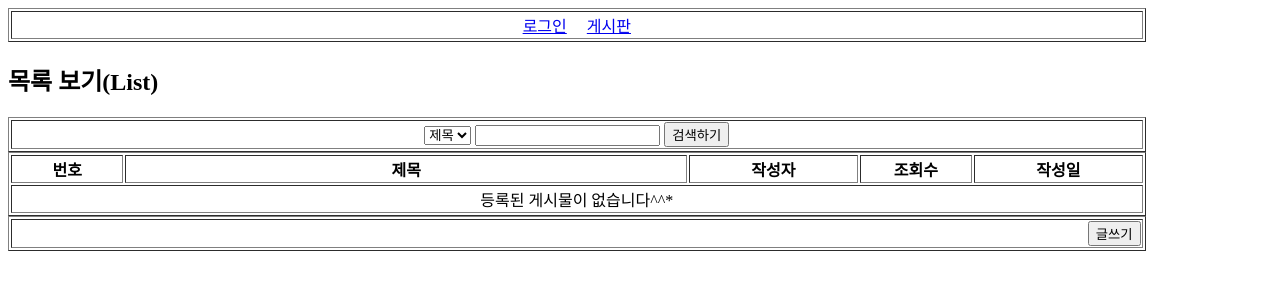
Repository: kimeuiyeob/KOPO_JSP_Study_2
Page: http://localhost/JspStudy/09Board/List.jsp
These files come from the project's save history. The page is drawn as it stood at one moment and after the next save; the edit follows.
The browser window is 1280 px wide. The pictures show the whole page.
The page is served by Tomcat 9. Other server files are loaded and not shown. Queries for data that is not in the repository find no rows.

Above is the page before, as saved 2023-06-21 07:58:59.

### JspStudy/src/main/webapp/09Board/List.jsp
<%@ page language="java" contentType="text/html; charset=UTF-8" pageEncoding="UTF-8"%>
<%@ page import="model1.*"%>
<%@ page import="java.util.*"%>
<!DOCTYPE html>
<html>
<head>
<meta charset="UTF-8">
<title>Insert title here</title>
</head>
<body>

	<%
	BoardDao boardDao = new BoardDao(application); //DB 열기
	Map<String, Object> map = new HashMap<>();

	String searchField = request.getParameter("searchField");
	String searchWord = request.getParameter("searchWord");

	if (searchWord != null) {
		map.put("searchField", searchField);
		map.put("searchWord", searchWord);
	}

	int totalCount = boardDao.selectCount(map); //해당 검색된 게시물의 총개수
	List<BoardDto> boardLists = boardDao.selectList(map); //해당 검색된 게시물 전부

	boardDao.JDBConnecterClose(); //DB 닫기
	%>

	<jsp:include page="../07Common/Link.jsp" />
	<!-- 공통 링크 -->

	<h2>목록 보기(List)</h2>
	<!-- 검색폼 -->
	<form method="get">
		<table border="1" width="90%">
			<tr>
				<td align="center"><select name="searchField">
						<option value="title">제목</option>
						<option value="content">내용</option>
				</select> <input type="text" name="searchWord" /> <input type="submit" value="검색하기" /></td>
			</tr>
		</table>
	</form>
	<!-- 게시물 목록 테이블(표) -->
	<table border="1" width="90%">
		<!-- 각 칼럼의 이름 -->
		<tr>
			<th width="10%">번호</th>
			<th width="50%">제목</th>
			<th width="15%">작성자</th>
			<th width="10%">조회수</th>
			<th width="15%">작성일</th>
		</tr>
		<!-- 목록의 내용 -->
		<%
		if (boardLists.isEmpty()) {
			// 게시물이 하나도 없을 때
		%>
		<tr>
			<td colspan="5" align="center">등록된 게시물이 없습니다^^*</td>
		</tr>
		<%
		} else {
		// 게시물이 있을 때
		int virtualNum = 0; // 화면상에서의 게시물 번호
		for (BoardDto dto : boardLists) {
			virtualNum = totalCount--; // 전체 게시물 수에서 시작해 1씩 감소
		%>
		<tr align="center">
			<td><%=virtualNum%></td>
			<!--게시물 번호-->
			<td align="left">
				<!--제목(+ 하이퍼링크)--> <a href="View.jsp?num=<%=dto.getNum()%>"><%=dto.getTitle()%></a>
			</td>
			<td align="center"><%=dto.getId()%></td>
			<!--작성자 아이디-->
			<td align="center"><%=dto.getVisitcount()%></td>
			<!--조회수-->
			<td align="center"><%=dto.getPostdate()%></td>
			<!--작성일-->
		</tr>
		<%
		}
		}
		%>
	</table>
	<!--목록 하단의 [글쓰기] 버튼-->
	<table border="1" width="90%">
		<tr align="right">
			<td><button type="button" onclick="location.href='Write.jsp';">글쓰기</button></td>
		</tr>
	</table>

</body>
</html>

### JspStudy/src/main/webapp/07Common/Link.jsp
<%@ page language="java" contentType="text/html; charset=UTF-8" pageEncoding="UTF-8"%>

<%@ taglib prefix="c" uri="http://java.sun.com/jsp/jstl/core"%>

<!DOCTYPE html>
<html>
<head>
<meta charset="UTF-8">
<title>Insert title here</title>
</head>
<body>

	<%
	String userID = (String) session.getAttribute("UserId");
	pageContext.setAttribute("userID", userID);
	%>

	<table border="1" width="90%">
		<tr>
			<td align="center">

				<c:choose>
					<c:when test="${userID eq null}">
						<a href="../06Session/LoginForm.jsp">로그인</a>
					</c:when>
					<c:otherwise>
						<a href="../06Session/Logout.jsp">로그아웃</a>
					</c:otherwise>
				</c:choose>
				&nbsp;&nbsp;&nbsp;
				  <a href="List.jsp">게시판</a>
			</td>
		</tr>
	</table>

</body>
</html>

### JspStudy/src/main/java/common/JDBConnecter.java
package common;

import java.sql.Connection;
import java.sql.DriverManager;
import java.sql.PreparedStatement;
import java.sql.ResultSet;
import java.sql.SQLException;
import java.sql.Statement;

import javax.servlet.ServletContext;

public class JDBConnecter {

	public Connection con; // DB연결
	public Statement stmt; // 파라미터 X 쿼리문
	public PreparedStatement psmt; // 파라미터 O 쿼리문
	public ResultSet rs; // 쿼리문 결과 저장

	public JDBConnecter() {

		String driver = "oracle.jdbc.OracleDriver";
		String url = "jdbc:oracle:thin:@localhost:1521:xe";
		String userid = "kopo07";
		String passwd = "1234";

		try {
			Class.forName(driver);
			con = DriverManager.getConnection(url, userid, passwd);
			System.out.println("연결 성공!!");
		} catch (ClassNotFoundException e) {
			e.getStackTrace();
		} catch (SQLException e) {
			e.getStackTrace();
		} finally {
			try {
				if (rs != null)
					rs.close();
				if (stmt != null)
					stmt.close();
				if (psmt != null)
					psmt.close();
				if (con != null)
					con.close();
			} catch (SQLException e) {
				e.getStackTrace();
			}
		}
	}

	// ====================================================================

	public JDBConnecter(String driver, String url, String id, String pw) {
		try {
			Class.forName(driver);
			con = DriverManager.getConnection(url, id, pw);
			System.out.println("DB 연결 성공!!");
		} catch (Exception e) {
			e.printStackTrace();
		}
	}

	// ====================================================================

	public JDBConnecter(ServletContext application) {

		String driver = application.getInitParameter("OracleDriver");
		String url = application.getInitParameter("OracleURL");
		String id = application.getInitParameter("OracleId");
		String pw = application.getInitParameter("OraclePw");

		try {
			Class.forName(driver);
			con = DriverManager.getConnection(url, id, pw);
			System.out.println("DB 연결 성공!!");
		} catch (Exception e) {
			e.printStackTrace();
		}
	}

	// ====================================================================

	public void JDBConnecterClose() {
		try {
			if (rs != null)
				rs.close();
			if (stmt != null)
				stmt.close();
			if (psmt != null)
				psmt.close();
			if (con != null)
				con.close();
			System.out.println("DB 닫기 성공!!");
		} catch (Exception e) {
			e.printStackTrace();
		}
	}

}

### JspStudy/src/main/java/model1/BoardDao.java
package model1;

import java.util.List;
import java.util.Map;
import java.util.Vector;

import javax.servlet.ServletContext;

import common.JDBConnecter;

public class BoardDao extends JDBConnecter {

	public BoardDao(ServletContext appliction) {
		super(appliction);
	}

	// 검색후 조건에 맞는 게시물의 개수를 반환
	public int selectCount(Map<String, Object> map) {
		String query = "select count (*) from board";
		int totalCount = 0;

		if (map.get("searchWord") != null) {
			query += " where " + map.get("searchField") + " like '%" + map.get("searchWord") + "%'";
		}
		try {
			stmt = con.createStatement();
			rs = stmt.executeQuery(query);
			rs.next();
			totalCount = rs.getInt(1);

		} catch (Exception e) {
			e.printStackTrace();
			System.out.println("게시굴 구하다가 에러발생!!");
		}
		return totalCount;
	}

//	=================================================================================================================

	public List<BoardDto> selectList(Map<String, Object> map) {

		List<BoardDto> boardDtoList = new Vector<>();
		String query = "select * from board";

		if (map.get("searchWord") != null) {
			query += " where " + map.get("searchField") + " like '%" + map.get("searchWord") + "%'";
		}

		query += " order by num desc";

		try {
			stmt = con.createStatement();
			rs = stmt.executeQuery(query);
			while (rs.next()) {
				BoardDto boardDto = new BoardDto();
				boardDto.setNum(rs.getString(1));
				boardDto.setTitle(rs.getString(2));
				boardDto.setContent(rs.getString(3));
				boardDto.setId(rs.getString(4));
				boardDto.setPostdate(rs.getDate("postdate"));
				boardDto.setVisitcount(rs.getString(6));
				boardDtoList.add(boardDto);
			}

		} catch (Exception e) {
			e.printStackTrace();
			System.out.println("게시물 조회 에러");
		}

		return boardDtoList;
	}

}

After the next save:
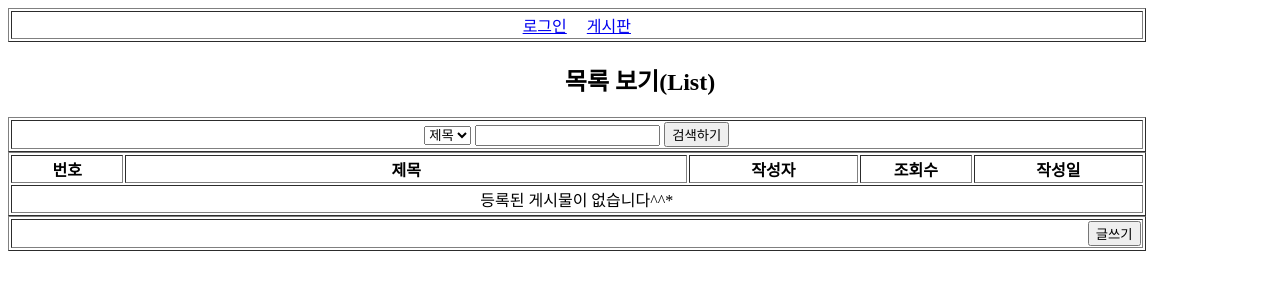
Saved 15 h 31 min later.
--- a/JspStudy/src/main/webapp/09Board/List.jsp
+++ b/JspStudy/src/main/webapp/09Board/List.jsp
@@ -29,8 +29,9 @@
 
 	<jsp:include page="../07Common/Link.jsp" />
 	<!-- 공통 링크 -->
-
-	<h2>목록 보기(List)</h2>
+	<center>
+		<h2>목록 보기(List)</h2>
+	</center>
 	<!-- 검색폼 -->
 	<form method="get">
 		<table border="1" width="90%">
